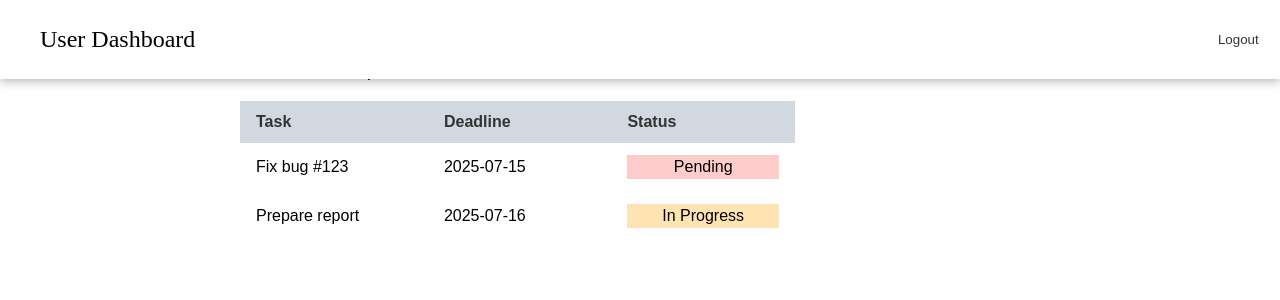
Repository: Edmund-Kiama/todoPHP
Page: /user (app in task-manager-frontend/)
The author's editor kept a copy of each file at every save. The page is drawn from the files as they stood at one save, then again after the next save.
The browser window is 1280 px wide. The pictures show the whole page.
The project was rebuilt for these pictures with package versions that can differ from the ones it lists, and the page was loaded fresh each time. Also part of the build but not shown: task-manager-frontend/vite.config.js, task-manager-frontend/src/components/Login/login.css, task-manager-frontend/src/components/Login/Login.vue, task-manager-frontend/src/components/Admin/admin.css, task-manager-frontend/src/components/Admin/AdminDashboard.vue.

Above is the page before, as saved 2025-07-12 22:32:38.

### task-manager-frontend/src/App.vue
<script setup>
  import Navbar from './components/Navbar/Navbar.vue';
  import { store } from './store';
</script>

<template>
  <Navbar />
  <router-view />
</template>

### task-manager-frontend/src/router/index.js
import { createRouter, createWebHistory } from 'vue-router';
import Login from '../components/Login/Login.vue';
import AdminDashboard from '../components/Admin/AdminDashboard.vue';
import UserDashboard from '../components/User/UserDashboard.vue';

const routes = [
  { path: '/', name: 'Login', component: Login },
  { path: '/admin', name: 'AdminDashboard', component: AdminDashboard },
  { path: '/user', name: 'UserDashboard', component: UserDashboard }
];

const router = createRouter({
  history: createWebHistory(),
  routes
});

export default router;

### task-manager-frontend/src/components/Navbar/Navbar.vue

<template>
  <nav v-if="store.user.loggedIn" class="navbar">
    <ul>
      <li v-if="user.role === 'admin'">Admin Dashboard</li>
      <li v-if="user.role === 'user'">User Dashboard</li>
      <li><button @click="logout">Logout</button></li>
    </ul>
  </nav>
</template>

<script setup>
  import "./nav.css"
  import { store } from '../../store'
  import { useRouter } from 'vue-router'

  const router = useRouter()

  const user = store.user
  if (!user.loggedIn) router.push('/')

  function logout() {
    store.user.role = null
    store.user.loggedIn = false
    localStorage.removeItem('token')
    router.push('/')
  }
</script>

### task-manager-frontend/src/store.js
import { reactive } from 'vue'

export const store = reactive({
  user: {
    role: "user",
    loggedIn: true,
    username: "Nick"
  },
})

### task-manager-frontend/src/components/User/UserDashboard.vue
<script setup>
  import './user.css'
  import { ref, computed } from 'vue';
  import { store } from '../../store';

  // Mocked logged-in user
  const currentUser = 'user@example.com';
  const user = store.user

  // Mocked task list — in a real app, fetch from backend
  const allTasks = ref([
    { title: 'Fix bug #123', user: 'user@example.com', deadline: '2025-07-15', status: 'Pending' },
    { title: 'Prepare report', user: 'user@example.com', deadline: '2025-07-16', status: 'In Progress' },
    { title: 'Update Docs', user: 'bob@example.com', deadline: '2025-07-17', status: 'Pending' }
  ]);

  const userTasks = computed(() =>
    allTasks.value.filter(task => task.user === currentUser)
  );

  function nextStatus(status) {
    if (status === 'Pending') return 'In Progress';
    if (status === 'In Progress') return 'Completed';
    return '';
  }

  function advanceStatus(index) {
    const task = userTasks.value[index];
    if (task.status === 'Pending') {
      task.status = 'In Progress';
    } else if (task.status === 'In Progress') {
      task.status = 'Completed';
    }
  }
  function statusClass(status) {
    return {
      'status-completed': status === 'Completed',
      'status-inprogress': status === 'In Progress',
      'status-pending': status === 'Pending',
    }
  }
</script>
<template>
    <div class="user-dashboard">
      <section>
        <h3>Welcome {{ user.username }},</h3>

        <table v-if="userTasks.length">
          <thead>
            <tr>
              <th>Task</th><th>Deadline</th><th>Status</th>
            </tr>
          </thead>
          <tbody>
            <tr v-for="(task, index) in userTasks" :key="index">
              <td>{{ task.title }}</td>
              <td>{{ task.deadline }}</td>
              <td ><div :class="statusClass(task.status)">{{ task.status }}</div></td>
              <td>
                <button
                  v-if="task.status !== 'Completed'"
                  @click="advanceStatus(index)"
                >
                  Mark as {{ nextStatus(task.status) }}
                </button>
              </td>
            </tr>
          </tbody>
        </table>

        <p v-else>No tasks assigned to you.</p>
      </section>
    </div>
</template>

### task-manager-frontend/src/components/Navbar/nav.css
.navbar {
    background-color: white;
    margin: 0;
    padding: 0;
    position: fixed;
    box-shadow: 0 2px 10px rgba(0, 0, 0, 0.3);
    width: 100%;
    top: 0;
    left: 0;
    right: 0;
}
.navbar ul {
    display: flex;
    justify-content: space-between;
    align-items: center;
    gap: 1rem;
    list-style: none;
    font-size: 1.5em;
}
.navbar ul li {
    display: flex;
    align-items: center;
}
.navbar button {
    text-decoration: none;
    background: none;
    border: none;
    padding: 0.5rem;
    border-radius: 5px;
    color: #333;
    transition: all;
    transition-duration: 300ms;
    cursor: pointer;
    margin-right: 1em;
}
.navbar button:hover {
    background-color:  #3498db;
    color: white;
}

### task-manager-frontend/src/components/User/user.css
.user-dashboard {
    max-width: 800px;
    margin: 2rem auto;
    margin-top: 60px;
    font-family: Arial, sans-serif;
}

.user-dashboard table {
    width: 100%;
    border-collapse: collapse;
    margin-top: 1rem;
    font-family: sans-serif;
    border: none; /* remove outer border */
}
.user-dashboard th,
.user-dashboard td {
    padding: 0.75rem 1rem;
    text-align: left;
    border: none; /* remove inner lines */
    vertical-align: middle;
    min-width: 100px;
}

.user-dashboard th {
    background-color: #d1d8df;
    font-weight: bold;
    color: #333;
}

.user-dashboard td button {
    visibility: hidden;
    background-color: #4DA2F7;
    color: white;
    border: none;
    padding: 5px 10px;
    margin-right: 5px;
    border-radius: 4px;
    cursor: pointer;
    transition: background-color 0.2s ease;
}

.user-dashboard button:hover {
    background-color: #1c74d9;
}

.user-dashboard tr:hover td button {
    visibility: visible;
}

.user-dashboard tr:hover {
    background-color: #f0f8ff;
}
.user-dashboard .status-completed {
    background-color: rgba(0, 128, 0, 0.189);
    text-align: center;
    padding: 0.2em;
}

.user-dashboard .status-inprogress {
    text-align: center;
    background-color: rgba(255, 166, 0, 0.297);
    padding: 0.2em;
}

.user-dashboard .status-pending {
    text-align: center;
    background-color: rgba(255, 0, 0, 0.2);
    padding: 0.2em;
}

Loaded but not shown: task-manager-frontend/index.html (common file); task-manager-frontend/src/main.js (common file)

After the next save:
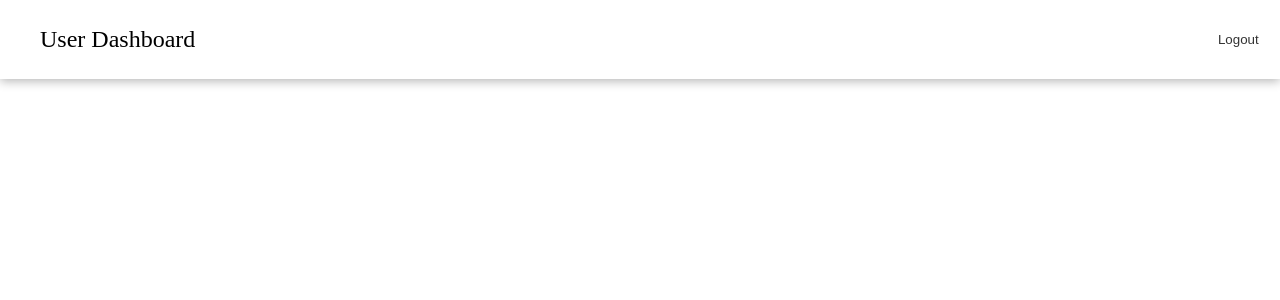
Console error: TypeError: Cannot read properties of undefined (reading 'length')
Saved 99 s later.
--- a/task-manager-frontend/src/components/User/UserDashboard.vue
+++ b/task-manager-frontend/src/components/User/UserDashboard.vue
@@ -42,33 +42,49 @@
 </script>
 <template>
     <div class="user-dashboard">
-      <section>
-        <h3>Welcome {{ user.username }},</h3>
+  <section>
+    <h3>Welcome {{ user.username }},</h3>
 
-        <table v-if="userTasks.length">
-          <thead>
-            <tr>
-              <th>Task</th><th>Deadline</th><th>Status</th>
-            </tr>
-          </thead>
-          <tbody>
-            <tr v-for="(task, index) in userTasks" :key="index">
-              <td>{{ task.title }}</td>
-              <td>{{ task.deadline }}</td>
-              <td ><div :class="statusClass(task.status)">{{ task.status }}</div></td>
-              <td>
-                <button
-                  v-if="task.status !== 'Completed'"
-                  @click="advanceStatus(index)"
-                >
-                  Mark as {{ nextStatus(task.status) }}
-                </button>
-              </td>
-            </tr>
-          </tbody>
-        </table>
+    <!-- Active Tasks Table -->
+    <table v-if="activeTasks.length">
+      <thead>
+        <tr>
+          <th>Task</th><th>Deadline</th><th>Status</th><th>Action</th>
+        </tr>
+      </thead>
+      <tbody>
+        <tr v-for="(task, index) in activeTasks" :key="index">
+          <td>{{ task.title }}</td>
+          <td>{{ task.deadline }}</td>
+          <td><div :class="statusClass(task.status)">{{ task.status }}</div></td>
+          <td>
+            <button @click="advanceStatus(index)">
+              Mark as {{ nextStatus(task.status) }}
+            </button>
+          </td>
+        </tr>
+      </tbody>
+    </table>
 
-        <p v-else>No tasks assigned to you.</p>
-      </section>
-    </div>
+    <p v-else>No active tasks.</p>
+
+    <!-- Completed Tasks Table -->
+    <h4 v-if="completedTasks.length" style="margin-top: 2rem;">Completed Tasks</h4>
+    <table v-if="completedTasks.length">
+      <thead>
+        <tr>
+          <th>Task</th><th>Deadline</th><th>Status</th>
+        </tr>
+      </thead>
+      <tbody>
+        <tr v-for="(task, index) in completedTasks" :key="index">
+          <td>{{ task.title }}</td>
+          <td>{{ task.deadline }}</td>
+          <td><div :class="statusClass(task.status)">{{ task.status }}</div></td>
+        </tr>
+      </tbody>
+    </table>
+  </section>
+</div>
+
 </template>

After the 4 saves that followed:
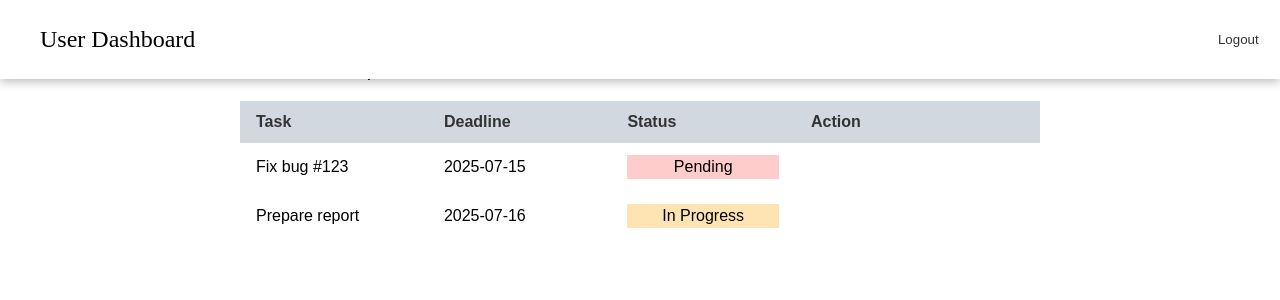
The error is gone.
The 4 saves are shown as one change because 3 left the picture as it was.
The last was saved 2 min 15 s later.
--- a/task-manager-frontend/src/components/User/UserDashboard.vue
+++ b/task-manager-frontend/src/components/User/UserDashboard.vue
@@ -17,6 +17,8 @@
   const userTasks = computed(() =>
     allTasks.value.filter(task => task.user === currentUser)
   );
+  const activeTasks = computed(() => userTasks.value.filter(t => t.status !== 'Completed'))
+  const completedTasks = computed(() => userTasks.value.filter(t => t.status === 'Completed'))
 
   function nextStatus(status) {
     if (status === 'Pending') return 'In Progress';
